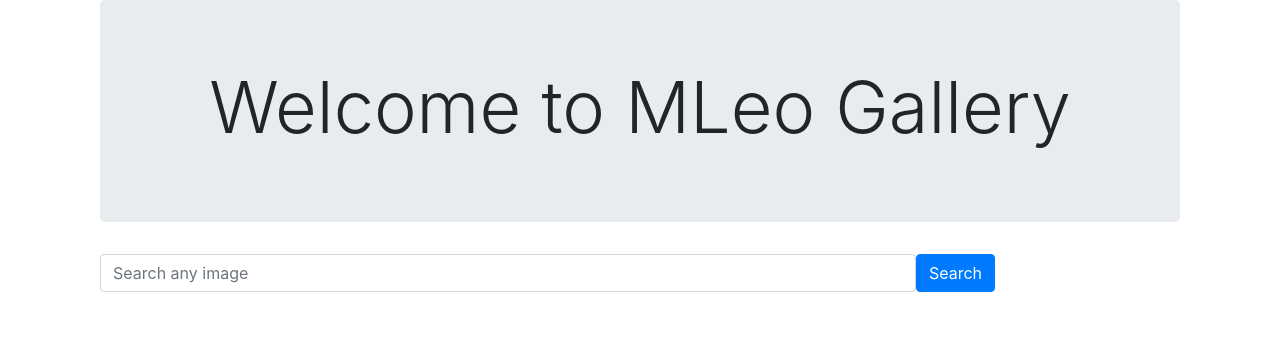
Repository: the-manohar/gallery
Page: /
An editor plug-in stored every save of this project. The page is shown before and after the next save, followed by the edit.
The browser window is 1280 px wide. The pictures show the whole page.
The project was rebuilt for these pictures with package versions that can differ from the ones it lists, and the page was loaded fresh each time.

Above is the page before, as saved 2020-06-18 23:56:47.

After the next save:
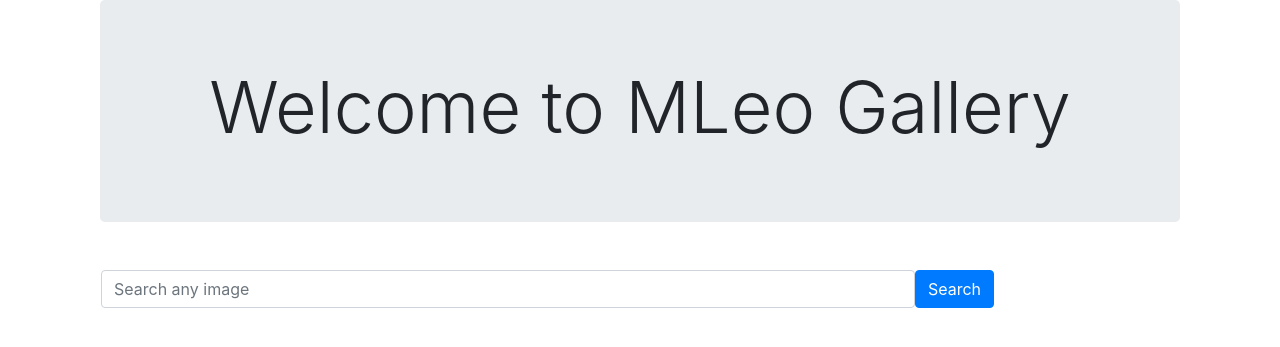
Saved 11 s later.
--- a/src/App.js
+++ b/src/App.js
@@ -22,7 +22,7 @@ function App() {
           <h1 className="display-3">Welcome to MLeo Gallery</h1>
         </Jumbotron>
       </div>
-      <div className="d-flex col-sm-12 col-md-10 col-xs-3 ">
+      <div className="d-flex p-3 col-sm-12 col-md-10 col-xs-3 ">
         <InputGroup>
           <Input
             placeholder="Search any image"
